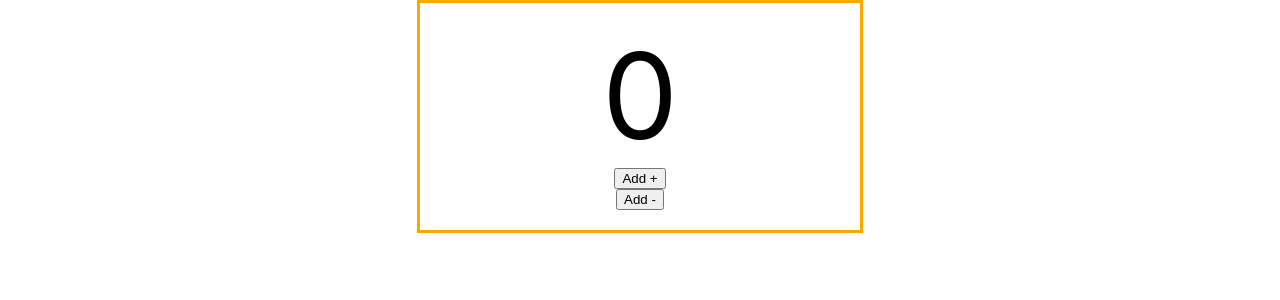
Repository: dnjfht/css-example
Page: /
These files come from the project's save history. The page is drawn as it stood at one moment and after a run of saves; the edit follows.
The browser window is 1280 px wide. The pictures show the whole page.
The project was rebuilt for these pictures with package versions that can differ from the ones it lists, and the page was loaded fresh each time.

Above is the page before, as saved 2023-05-09 18:44:49.

After the next 3 saves:
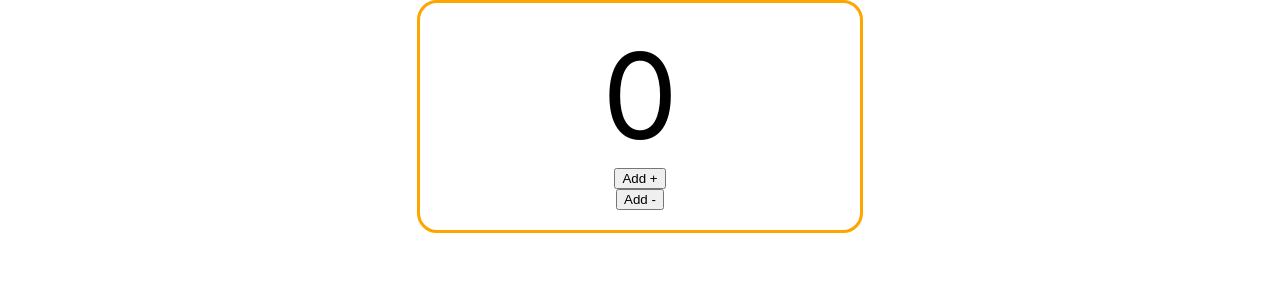
The 3 saves are shown as one change because they came seconds apart.
The last was saved 20 s later.
--- a/src/components/Counter.jsx
+++ b/src/components/Counter.jsx
@@ -16,6 +16,7 @@ export default function Counter({ count, setCount }) {
         padding: 20,
         margin: "0 auto",
         border: "3px solid orange",
+        borderRadius: 20,
         display: "flex",
         flexDirection: "column",
         alignItems: "center",
